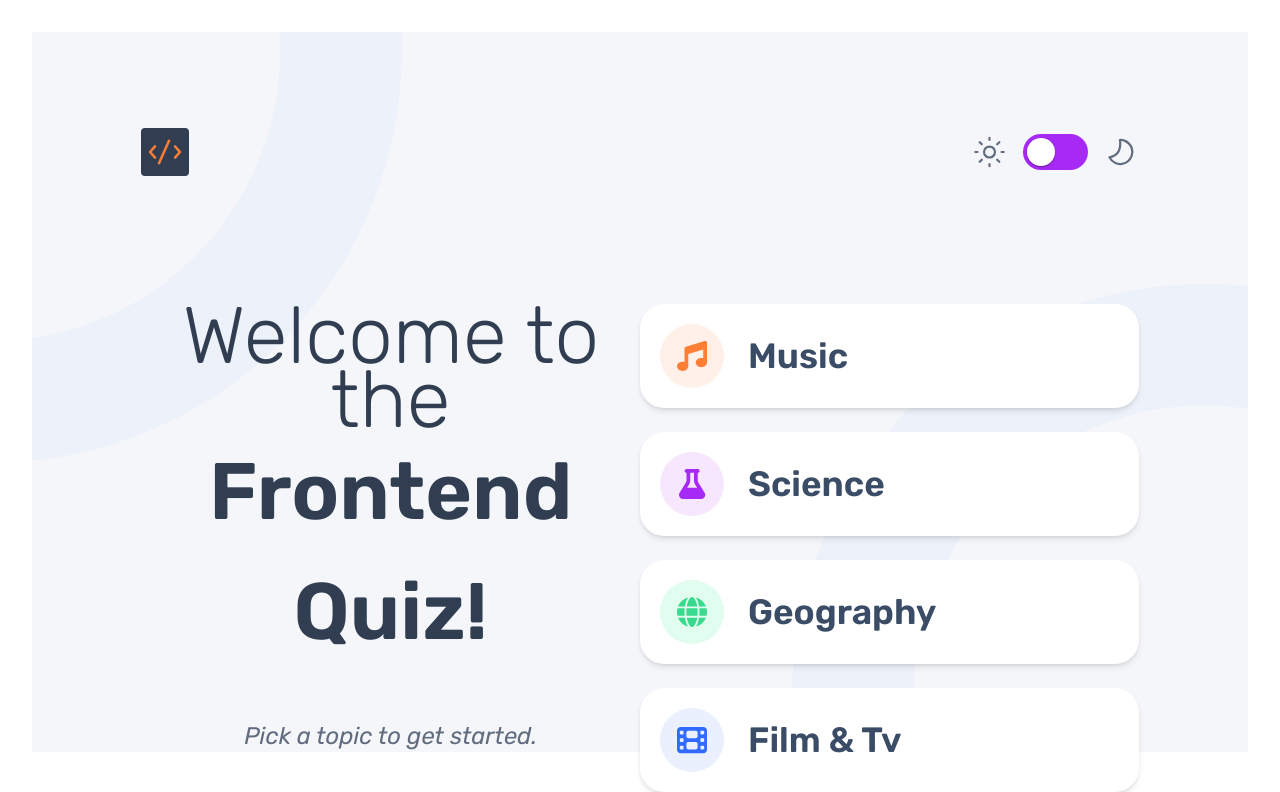
Repository: Shenixo/QuizApp
Page: /
The author's editor kept a copy of each file at every save. The page is drawn from the files as they stood at one save, then again after a run of saves.
The browser window is 1280 px wide. The pictures show the whole page.
The page's requests for data from a server got no answer. The project was rebuilt for these pictures with package versions that can differ from the ones it lists, and the page was loaded fresh each time. No one was signed in, and anything a server would have sent is missing. Also part of the build but not shown: vite.config.js.

Above is the page before, as saved 2025-03-31 15:31:15.

### index.html
<!doctype html>
<html lang="en">
  <head>
    <meta charset="UTF-8" />
    <link rel="icon" type="image/svg+xml" href="/vite.svg" />
    <meta name="viewport" content="width=device-width, initial-scale=1.0" />
    <link rel="preconnect" href="https://fonts.googleapis.com">
<link rel="preconnect" href="https://fonts.gstatic.com" crossorigin>
<link href="https://fonts.googleapis.com/css2?family=Rubik:ital,wght@0,300..900;1,300..900&display=swap" rel="stylesheet">
    <title>Quiz App</title>
  </head>
  <body>
    <div id="root"></div>
    <script type="module" src="/src/main.jsx"></script>
  </body>
</html>

### src/main.jsx
import { StrictMode } from "react";
import { createRoot } from "react-dom/client";
import "./index.css";
import App from "./App.jsx";
import Context from "./Store/Context.jsx";

createRoot(document.getElementById("root")).render(
  <StrictMode>
    <Context>
      <App />
    </Context>
  </StrictMode>
);

### src/index.css
@tailwind base;
@tailwind components;
@tailwind utilities;

*{
    padding: 0;
    margin: 0;
    box-sizing: border-box;
    font-family: "Rubik", sans-serif;
}
.dark{
    background: red;
}

### src/App.jsx
import './App.css'
import Home from './Components/Home/Home'
import { useAppContext } from './Store/Context'

function App() {
  const {isDarkMode} = useAppContext()
  return (
    <div  className={`relative min-h-screen bg-cover bg-center bg-no-repeat w-full transition-all duration-500 ease-in-out ${isDarkMode ? "bg-[#313e51]" : "bg-[#f4f6fa]"} ${
      isDarkMode
        ? "bg-[url('/pattern-background-desktop-dark.svg')]"
        : "bg-[url('/pattern-background-desktop-light.svg')]"
    }`}>
    <Home/>
    </div>
  )
}

export default App

### src/Store/Context.jsx
import React from "react";
import axios from "axios";
const AppContext = React.createContext({
    isDarkMode: false,
    toggleTheme: () => {}
});
const Context = ({ children }) => {
    const [isDarkMode, setIsDarkMode] = React.useState(false);
    const [data, setData] = React.useState([])
  const toggleTheme = () => {
    setIsDarkMode((pv) => !pv);
    };

    const fetchData = async () => {
        try {
            const data = await axios.get("https://the-trivia-api.com/v2/quizzes")
        const res = await data.json()
        console.log({res})
        } catch (error) {
            console.error("Error in fetching data", error)
        }
    }
    React.useEffect(() => {
        fetchData()
    }, [])

  const ctxValue = {
    isDarkMode,
    toggleTheme,
  };
  return (
    <AppContext.Provider value={ctxValue}>
      {" "}
     <div>{children}</div>
    </AppContext.Provider>
  );
};

export default Context;

export function useAppContext() {
  const context = React.useContext(AppContext);
  if (!context) throw new Error("Context must be used between the provider");
  return context;
}

### src/Components/Home/Home.jsx
import React from "react";
import pattern from "/pattern-background-desktop-dark.svg";
import Navbar from "../Navbar/Navbar";
import { useAppContext } from "../../Store/Context";
import Option from "../Option/Option";
const Home = () => {
  const {isDarkMode} = useAppContext()
  return (
    <div className="w-[82%] mx-auto placeholder-stone-200 pt-24 h-[100vh]">
      <Navbar />
      <div className="mb-32"/>
      <div className="grid grid-cols-cols w-full">
      <div>
          <h1 className={ ` ${isDarkMode ? "text-white" : "text-primary"} transition-all duration-500 ease-in-out font-thin text-[5rem] leading-[4rem] `}>Welcome to the</h1>
          <h1 className={`${isDarkMode ? "text-white" : "text-primary"} transition-all duration-500 ease-in-out  text-[5rem] font-semibold`}>Frontend Quiz!</h1>

          <p className="text-[#626c7f] text-2xl mt-12"><i>Pick a topic to get started.</i></p>

      </div>
        <div>
         <Option/>
      </div>

      </div>
    </div>
  );
};

export default Home;

### src/Components/Navbar/Navbar.jsx
import { styled, Switch } from "@mui/material";
import { useAppContext } from "../../Store/Context";

const Navbar = () => {

  const {isDarkMode, toggleTheme} = useAppContext()
  return (
    <nav className="flex justify-between w-full items-center">
      <div className="flex items-center gap-4">
        <div className="bg-primary rounded p-1">
          <img src="/icon-html.svg" alt="html icon" />
        </div>
      </div>
      <div className="flex gap-4">
        <img
          className="transition-all duration-all ease-in-out"
          src={`/icon-sun-${isDarkMode ? "light" : "dark"}.svg`}
          alt="Dark moon icon"
          width={35}
          height={35}
        />
        <CustomSwitch onChange={toggleTheme} />
        <img
           className="transition-all duration-all ease-in-out"
          src={`/icon-moon-${isDarkMode ? "light" : "dark"}.svg`}
          alt="Dark moon icon"
          width={35}
          height={35}
        />
      </div>
    </nav>
  );
};

export default Navbar;

const CustomSwitch =styled((props) => (
  <Switch  focusVisibleClassName=".Mui-focusVisible"  {...props} />
))(({ theme }) => ({
  width: 65,
  height: 36,
  padding: 0,
  "& .MuiSwitch-switchBase": {
    padding: 1,
    margin: 3,
    transitionDuration: "300ms",
    "&.Mui-checked": {
      transform: "translateX(28px)",
      color: "#fff",
      "& + .MuiSwitch-track": {
        backgroundColor: "#a729f5",
        opacity: 1,
        border: 0,
      },
    },
    "&.Mui-focusVisible .MuiSwitch-thumb": {
      color: "#a729f5",
      border: "8px solid #fff",
    },
    "&.Mui-disabled .MuiSwitch-thumb": {
      color: "#a729f5",
    },
    "&.Mui-disabled + .MuiSwitch-track": {
      opacity: 0.7,
    },
  },
  "& .MuiSwitch-thumb": {
    boxSizing: "border-box",
    width: 28,
    height: 28,
  },
  "& .MuiSwitch-track": {
    borderRadius: 46 / 2,
    backgroundColor: "#a729f5",
    opacity: 1,
    transition: theme.transitions.create(["background-color"], {
      duration: 500,
    }),
  },
}));

### src/Components/Option/Option.jsx
import React from "react";
import { useAppContext } from "../../Store/Context";
import { FontAwesomeIcon } from "@fortawesome/react-fontawesome";
import {
  faMusic,
  faFlask,
  faGlobe,
  faFilm,
} from "@fortawesome/free-solid-svg-icons";

const options = [
  {
    icon: faMusic,
    option: "music",
    color: "text-[#ff7e35]",
    boxColor: "bg-[#fff1e9]",
  }, // Red-Orange
  {
    icon: faFlask,
    option: "science",
    color: "text-[#a729f5]",
    boxColor: "bg-[#f6e7ff]",
  }, // Purple
  {
    icon: faGlobe,
    option: "geography",
    color: "text-[#39da8d]",
    boxColor: "bg-[#e0fdef]",
  }, // Green
  {
    icon: faFilm,
    option: "film & tv",
    color: "text-[#306aff]",
    boxColor: "bg-[#ebf0ff]",
  }, // Blue
];

const Option = () => {
  const { isDarkMode } = useAppContext();
  return (
    <ul className="flex gap-6 flex-col">
      {options.map(({ icon, option, color, boxColor }, idx) => (
        <li
          key={idx}
          className={`
         ${
           isDarkMode
             ? "bg-[#3b4d66] text-white hover:bg-[#4a5e7a]"
             : "bg-white text-[#3b4d66] hover:bg-[#f1f5f9]"
         }
         transition-all duration-300 ease-in-out shadow-md shadow-[rgba(0,0,0,0.1)]
         p-5 rounded-[1.5rem] cursor-pointer capitalize text-[2.2rem] font-semibold flex items-center gap-6
       `}
        >
          <div
            className={`w-16 h-16 flex items-center justify-center rounded-full ${boxColor}`}
          >
                  <FontAwesomeIcon

              icon={icon}
              className={`text-3xl ${color}`}
              style={{ strokeWidth: "0.1px" }}
            />
          </div>
          {option}
        </li>
      ))}
    </ul>
  );
};

export default Option;

### tailwind.config.js
/** @type {import('tailwindcss').Config} */
export default {
  content: [
    "./index.html",
    "./src/**/*.{js,ts,jsx,tsx}",
  ],
  theme: {
    extend: {
      gridTemplateColumns: {
        cols: "1fr 1fr"
      },
      colors: {
        primary: "#313e51",
      }
    },
  },
  plugins: [],
}

Loaded but not shown: src/App.css (common file)

After the next 2 saves:
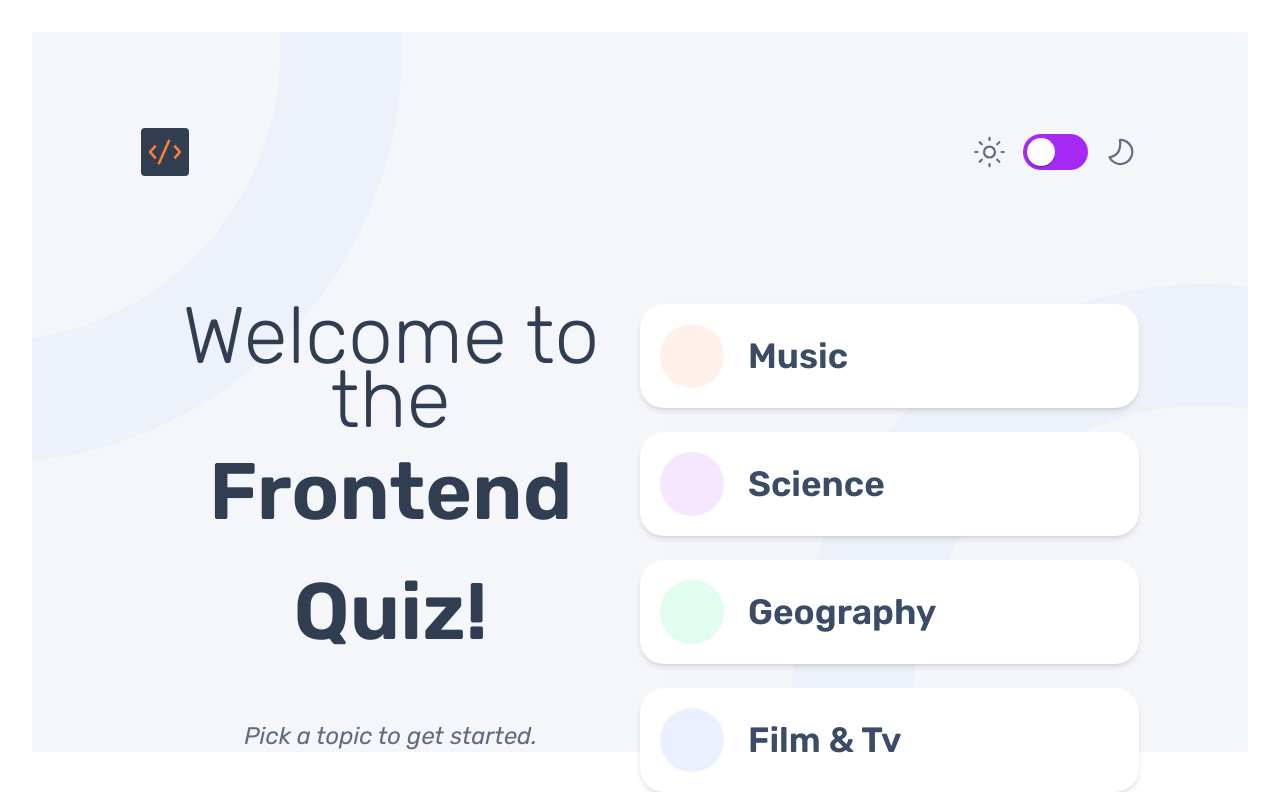
The 2 saves are shown as one change because they came seconds apart.
The last was saved 24 s later.
--- a/src/Components/Option/Option.jsx
+++ b/src/Components/Option/Option.jsx
@@ -57,7 +57,7 @@ const Option = () => {
           >
                   <FontAwesomeIcon
 
-              icon={icon}
+              icon={`icon`}
               className={`text-3xl ${color}`}
               style={{ strokeWidth: "0.1px" }}
             />
